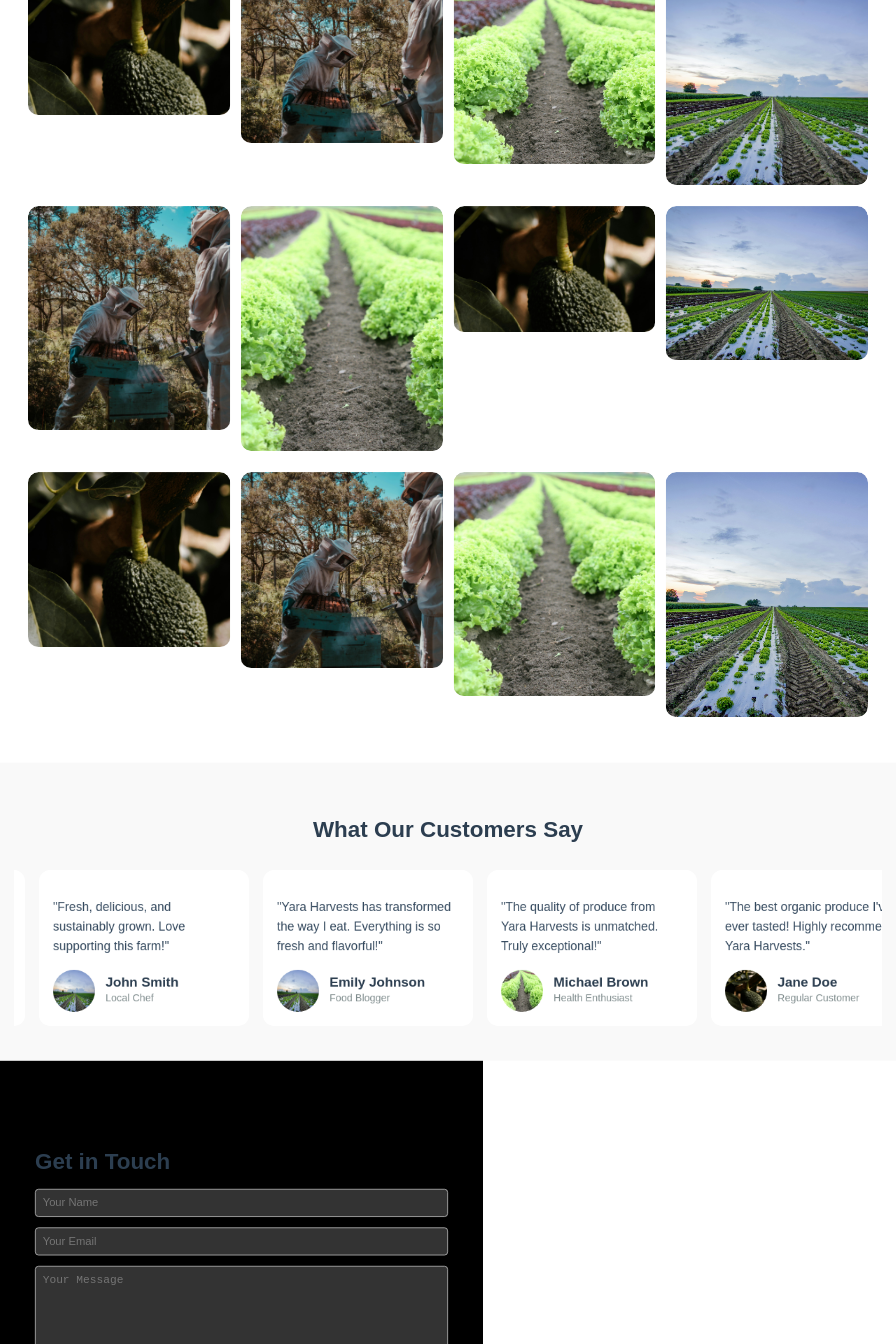
Repository: Kanyi-Manyara/yara-farm
Page: index.html
These files come from the project's save history. The page is drawn as it stood at one moment and after the next save; the edit follows.
The browser window is 1280 px wide. The pictures show the part of the page from y = 1509 to 3429 px (the page is 3852 px tall before and 4162 px after), at 70% of full size.
Pictures or frames that could not be fetched are drawn as grey boxes.

Above is the page before, as saved 2025-05-09 21:00:12.

After the next save:
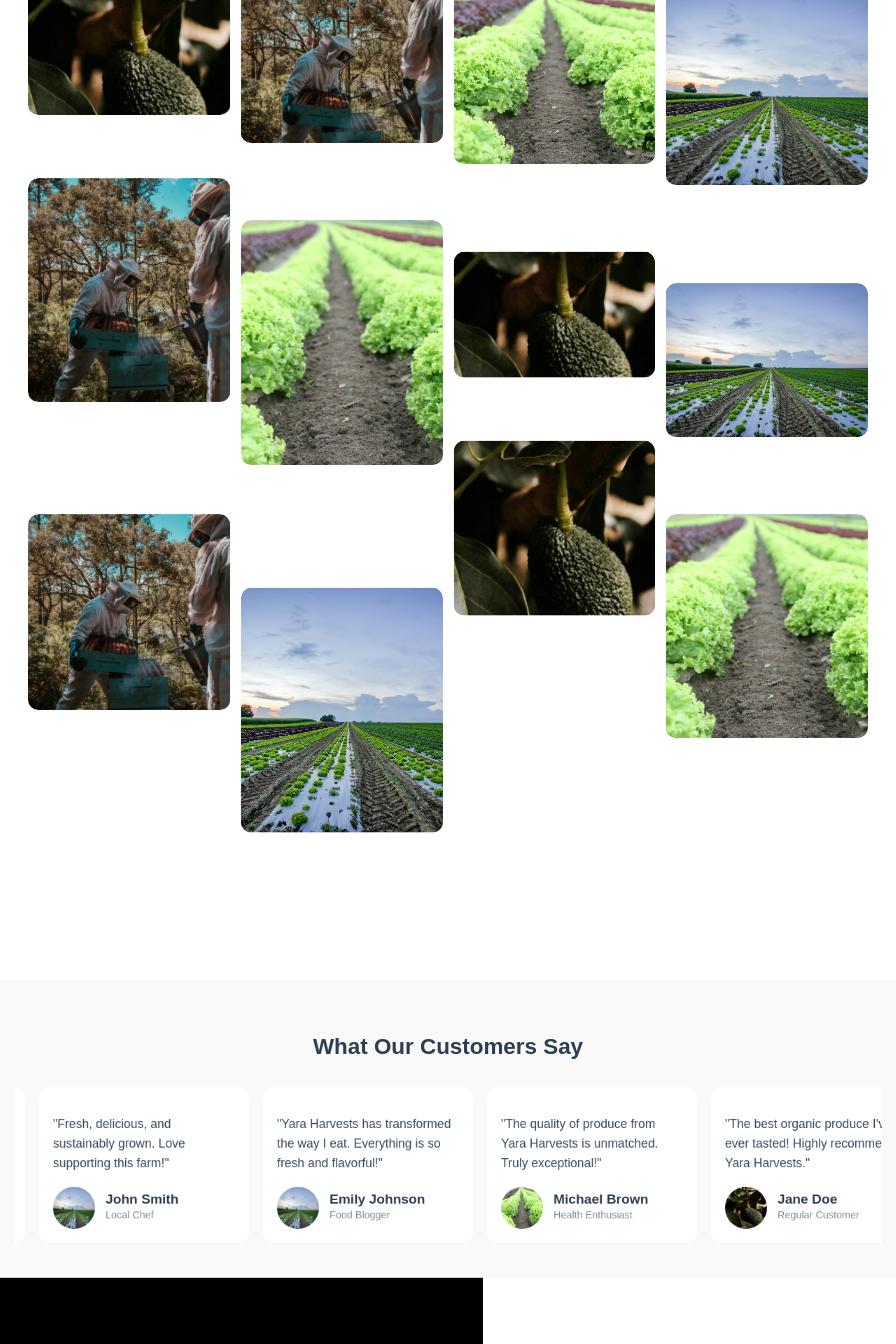
Saved 25 h 20 min later.
--- a/script.js
+++ b/script.js
@@ -308,3 +308,33 @@ function handleLightbox(e) {
     document.body.removeChild(lightbox);
   });
 }
+// Proper masonry layout with image height detection
+function setupMasonry() {
+  const grid = document.querySelector('.gallery-grid');
+  if (!grid) return;
+
+  // Reset previous styles
+  grid.style.gridAutoRows = 'auto';
+  const items = document.querySelectorAll('.gallery-item');
+  items.forEach(item => item.style.gridRowEnd = '');
+
+  // Calculate proper row spans after images load
+  const images = document.querySelectorAll('.gallery-item img');
+  images.forEach(img => {
+    if (img.complete) {
+      setRowSpan(img);
+    } else {
+      img.addEventListener('load', () => setRowSpan(img));
+    }
+  });
+}
+
+function setRowSpan(img) {
+  const rowHeight = 10; // Base row height in pixels
+  const rowSpan = Math.ceil(img.clientHeight / rowHeight);
+  img.closest('.gallery-item').style.gridRowEnd = `span ${rowSpan}`;
+}
+
+// Initialize
+window.addEventListener('load', setupMasonry);
+window.addEventListener('resize', setupMasonry);
